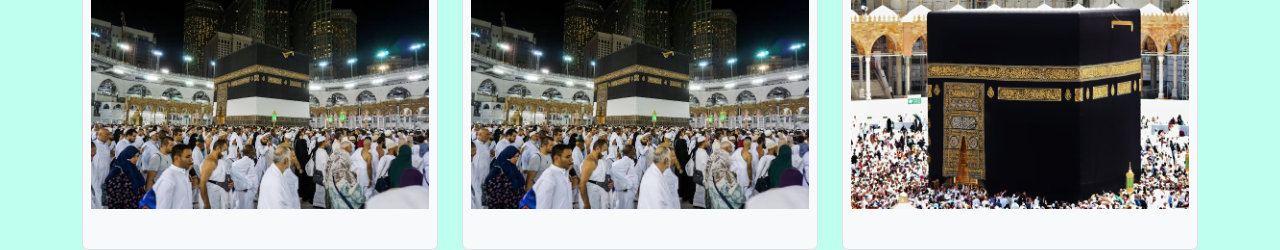
Repository: Putrabobi/Task7
Page: index.html
The author's editor kept a copy of each file at every save. The page is drawn from the files as they stood at one save, then again after the next save.
The browser window is 1280 px wide. The pictures show the part of the page from y = 2531 to 3483 px (the page is 2781 px tall before and 3934 px after).
A picture or video elsewhere on the page could not be fetched, so the positions and the page height are approximate.

Above is the page before, as saved 2024-03-25 14:08:40.

### index.html
<!DOCTYPE html>
<html lang="en">

<head>
    <meta charset="UTF-8">
    <meta name="viewport" content="width=device-width, initial-scale=1.0">
    <title>Haji & Umroh</title>
    <link href="https://cdn.jsdelivr.net/npm/bootstrap@5.3.3/dist/css/bootstrap.min.css" rel="stylesheet"
        integrity="sha384-QWTKZyjpPEjISv5WaRU9OFeRpok6YctnYmDr5pNlyT2bRjXh0JMhjY6hW+ALEwIH" crossorigin="anonymous">
</head>

<body>

    <!-- Navbar -->
    <nav class="navbar navbar-expand-lg  bg-body-tertiary mb-4">
        <div class="container-fluid">
            <a class="navbar-brand" href="#">
                <span style="color: darkgreen;" class="fw-bold">Uda</span>
                <span style="color: olive;" class="fw-bold">Tour</span>
            </a>

            <button class="navbar-toggler" type="button" data-bs-toggle="collapse"
                data-bs-target="#navbarSupportedContent" aria-controls="navbarSupportedContent" aria-expanded="false"
                aria-label="Toggle navigation">
                <span class="navbar-toggler-icon"></span>
            </button>
            <div class="collapse navbar-collapse" id="navbarSupportedContent">
                <ul class="navbar-nav me-auto mb-2 mb-lg-0 mx-auto">
                    <li class="nav-item" style="margin-right: 30px;">
                        <a class="nav-link active" aria-current="page" href="#"
                            style="border-bottom: 4px solid #00570f; color: #000000;">Home</a>
                    </li>
                    <li class="nav-item" style="margin-right: 30px;">
                        <a class="nav-link" href="#" style="color: #000;">Haji</a>
                    </li>
                    <li class="nav-item" style="margin-right: 30px;">
                        <a class="nav-link disabled" style="color: #000;">Umroh</a>
                    </li>
                    <li class="nav-item" style="margin-right: 30px;">
                        <a class="nav-link disabled" style="color: #000;">Blog</a>
                    </li>
                    <li class="nav-item" style="margin-right: 30px;">
                        <a class="nav-link disabled" style="color: #000;">Gallery</a>
                    </li>
                </ul>
                <button class="btn btn-outline-dark" type="submit">Register</button>
            </div>

        </div>
    </nav>

    <!-- Background -->

    <div class="position-relative text-center mb-5">
        <img src="images/mekkah.jpg" style="filter: brightness(50%);" alt="Mekkah" width="100%">
        <h1 class="position-absolute top-0 start-50 translate-middle-x text-light" style="margin-top: 5%;">Take you on a holy journey</h1>
        <h5 class="position-absolute top-0 start-50 translate-middle-x text-light" style="margin-top: 45%;">Find the best Hajj travel package that suits your needs. Enjoy a worship experience guided by a professional and experienced team.</h5>
        <button type="button" style="position: absolute; bottom: 20px; left: 50%; transform: translateX(-50%); background-color: green; color: white; padding: 10px 50px; border: none; border-radius: 100px; cursor: pointer;">Explore</button>
    </div>

    <!-- Maskapai -->

    <div style="text-align: center;">
        <h1>Our Partner</h1>
        <img src="images/maskapai1.png" alt="maskapai1" style="width: 350px;">
        <img src="images/maskapai2.png" alt="maskapai2" style="width: 350px;">
        <img src="images/maskapai3.png" alt="maskapai3" style="width: 350px;">
        <img src="images/maskapai4.png" alt="maskapai4" style="width: 350px;">
    </div>

    <div>
        <svg xmlns="http://www.w3.org/2000/svg" viewBox="0 0 1440 320">
            <path fill="#8f6b00" fill-opacity="1" d="M0,64L120,96C240,128,480,192,720,192C960,192,1200,128,1320,96L1440,64L1440,320L1320,320C1200,320,960,320,720,320C480,320,240,320,120,320L0,320Z"></path>>
        </svg>
    </div>
    <div style="background-color: #8f6b00; position: relative;" class="text-white">
        <div class="container d-flex justify-content-center align-items-center">
          <div class="row">
            <div class=" text-center">
              <h3 class="fw-bold pb-3">Hajj and Umrah Program</h3>
              <h5 class="py-3 mb-3" style="width: 50%; margin: 0 auto;">Find complete and well-organized Hajj and Umrah
                programs. Get a package that meets your needs for a meaningful spiritual journey.</h5>
              <button class="btn text-light padding: 10px 50px rounded-5 px-5 py-2 shadow"
                style="background-color: #00730c;">Explore</button>
            </div>
            <div class="">
              <img src="img/kabah_only.png" alt="" width="20%"
                style="position: absolute; left: 25; top: 50%; transform: translateY(-50%);">
            </div>
          </div>
        </div>
        <svg xmlns="http://www.w3.org/2000/svg" viewBox="0 0 1440 320">
          <path fill="#ffffff" fill-opacity="1"
            d="M0,160L120,138.7C240,117,480,75,720,74.7C960,75,1200,117,1320,138.7L1440,160L1440,320L1320,320C1200,320,960,320,720,320C480,320,240,320,120,320L0,320Z">
          </path>
        </svg>
      </div>

      <div class="">
        <img src="images/mekkah4.png" alt="" width="20%" style="position: absolute; left: 5%; top: 250%;  transform: translateY(-50%);">
    </div>

    </div>
  </div>
  <svg xmlns="http://www.w3.org/2000/svg" viewBox="0 0 1440 320">
    <path fill="#ffffff" fill-opacity="1"
      d="M0,160L120,138.7C240,117,480,75,720,74.7C960,75,1200,117,1320,138.7L1440,160L1440,320L1320,320C1200,320,960,320,720,320C480,320,240,320,120,320L0,320Z">
    </path>
  </svg>
</div>
</div>

<section class="pt-5" style="background-color: rgb(191, 255, 239);">
    <div class="container">
        <div class="row">
            <div class="col-md">
                <div class="card bg-light text-dark border">
                    <img src="images/mekkah1.jpeg" class="p-2 card-img-top" alt="..." style="width: 100%; height: auto;">
                    <div class="card-body">
                        <!-- Konten kartu -->
                    </div>
                </div>
            </div>
            <div class="col-md">
                <div class="card bg-light text-dark border">
                    <img src="images/mekkah1.jpeg" class="p-2 card-img-top" alt="..." style="width: 100%; height: auto;">
                    <div class="card-body">
                        <!-- Konten kartu -->
                    </div>
                </div>
            </div>
            <div class="col-md">
                <div class="card bg-light text-dark border">
                    <img src="images/mekkah2.png" class="p-2 card-img-top" alt="..." style="width: 100%; height: auto;">
                    <div class="card-body">
                        <!-- Konten kartu -->
                    </div>
                </div>
            </div>
        </div>
    </div>
</section>




<!-- <div class="my-5" style="background-color: rgb(191, 255, 239); text-align: center;">
    <div style="margin: 0 auto; max-width: 600px;">
        <h3>Hajj and Umrah Special Offers</h3>
        <h4>We work with trusted and experienced organizers to provide quality Hajj and Umrah travel packages.</h4>
    </div>
    <div class="my-5 mx-5 px-5 pb-5 justify-content-center">
        <div class="card-group mx-5 pb-5">
            <div class="card mx-2 border-0" style="width: 20rem; background-color: rgb(191, 255, 239);">
                <img src="images/mekkah1.jpeg" class="card-img-top" alt="mekkah1" style="max-width: 100%;">
                <div class="card-body ps-0">
                    <p class="card-text" style="color: #937009;">Classic</p>
                    <h5 class="card-title mt-2 fw-bold">Regular Umrah</h5>
                    <p class="card-text">Package Duration 20 days</p>
                    <button class="border-0 mt-2 text-light rounded-4 px-4 py-3" style="background-color: #00730c;"><span
                        class="m-2">Detail</span></button>
                  </div>
            </div>
        </div>
    </div>
</div> -->










</body>

</html>

After the next save:
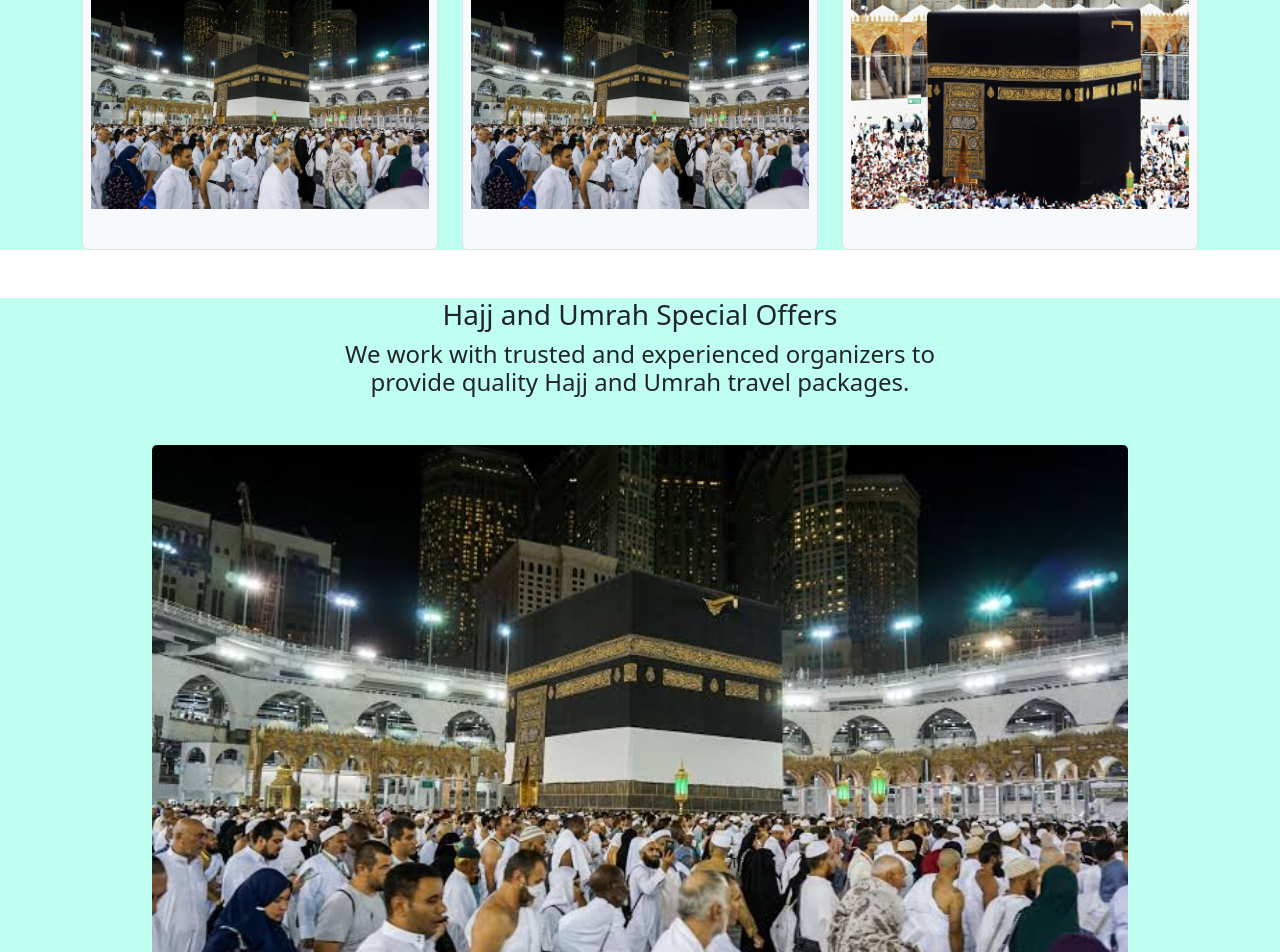
Saved 26 s later.
--- a/index.html
+++ b/index.html
@@ -144,7 +144,7 @@
 
 
 
-<!-- <div class="my-5" style="background-color: rgb(191, 255, 239); text-align: center;">
+<div class="my-5" style="background-color: rgb(191, 255, 239); text-align: center;">
     <div style="margin: 0 auto; max-width: 600px;">
         <h3>Hajj and Umrah Special Offers</h3>
         <h4>We work with trusted and experienced organizers to provide quality Hajj and Umrah travel packages.</h4>
@@ -163,7 +163,7 @@
             </div>
         </div>
     </div>
-</div> -->
+</div>
 
 
 
